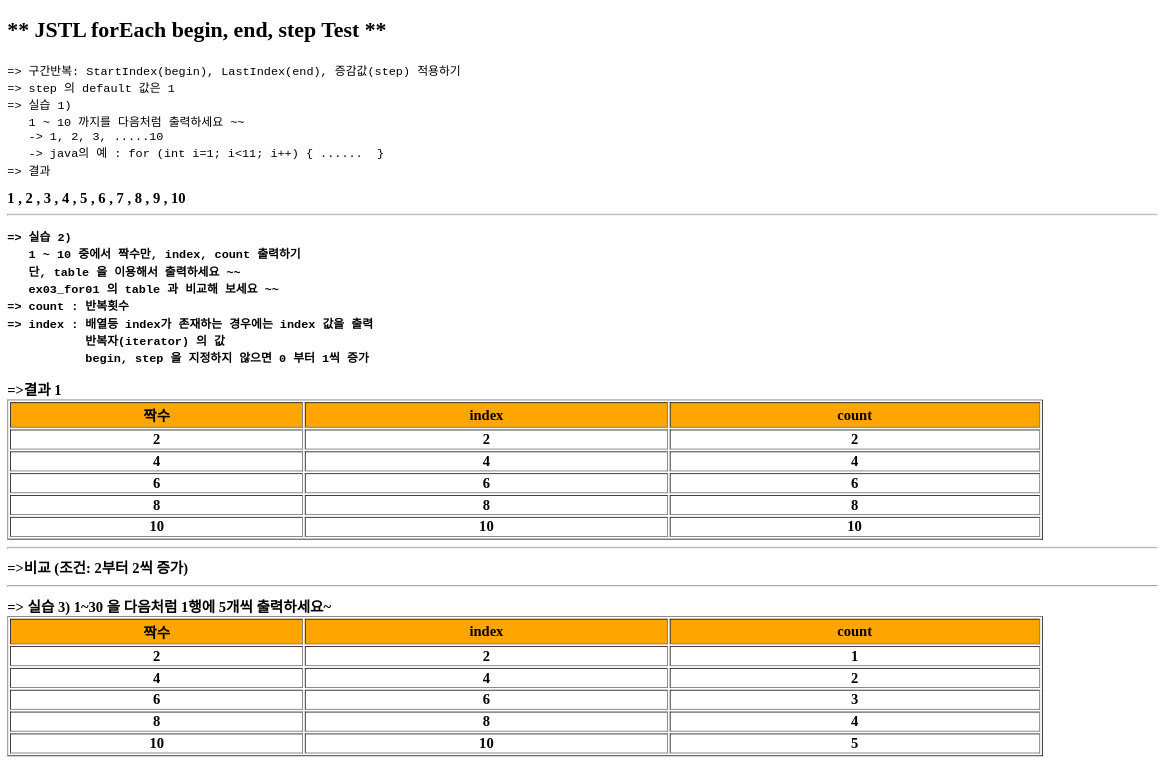
Repository: nameground/Java
Page: http://localhost/Web01/jsp05_JSTL/ex03_for02.jsp
These files come from the project's save history. The page is drawn as it stood at one moment and after the next save; the edit follows.
The browser window is 1280 px wide. The pictures show the whole page, at 91% of full size.
The page is served by Tomcat 9. Nobody is signed in. The application's start-up code is not run.

Above is the page before, as saved 2023-10-13 09:09:11.

After the next save:
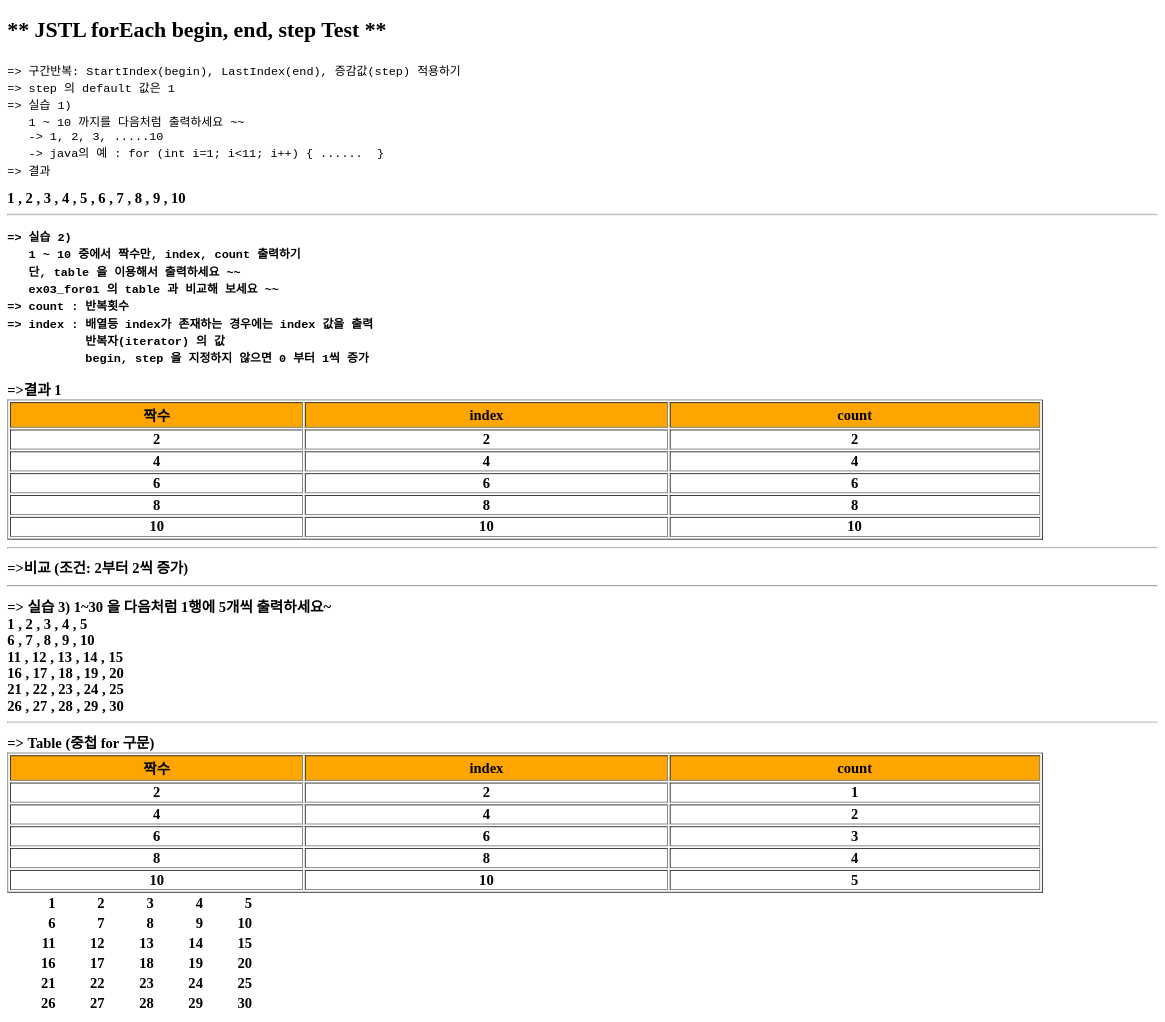
Saved 19 s later.
--- a/mTest/Mywork/Web01/src/main/webapp/jsp05_JSTL/ex03_for02.jsp
+++ b/mTest/Mywork/Web01/src/main/webapp/jsp05_JSTL/ex03_for02.jsp
@@ -77,7 +77,23 @@
 11,12,13,14,15
 ...
 ............30 -->
-
+<c:forEach var="i" begin="1" end="30" >
+   ${i}
+<%--    <c:if test="${i%5!=0}">,</c:if>
+      <c:if test="${i%5==0}"><br></c:if> --%>
+   ${i%5==0 ? "<br>" : ","}
+</c:forEach>
+<hr>
+=> Table (중첩 for 구문)<br>
+<table>
+   <c:forEach var="i" begin="1" end="26" step="5" >
+   <tr align="right">
+      <c:forEach var="j" begin="${i}" end="${i+4}" step="1">
+         <td width="50">${j}</td>
+      </c:forEach>
+   </tr>
+   </c:forEach>
+</table>
 
 
 </body>
